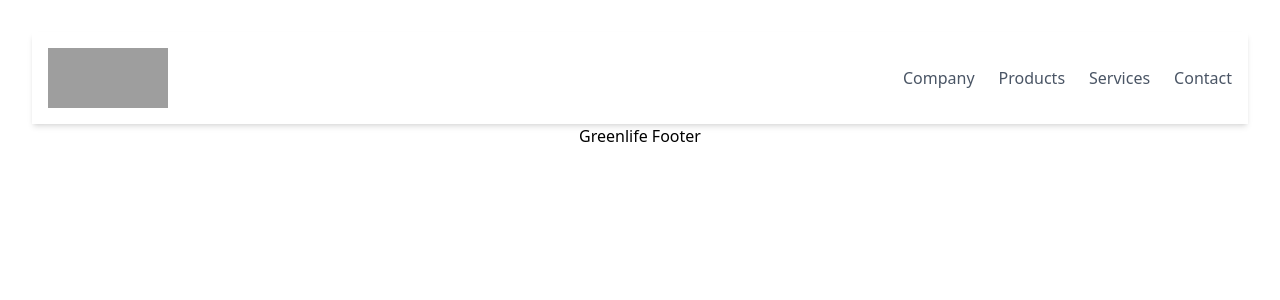
Repository: estevam02009/greenlife
Page: /
These files come from the project's save history. The page is drawn as it stood at one moment and after the next save; the edit follows.
The browser window is 1280 px wide. The pictures show the whole page.
Pictures or frames that could not be fetched are drawn as grey boxes. The project was rebuilt for these pictures with package versions that can differ from the ones it lists, and the page was loaded fresh each time. Also part of the build but not shown: vite.config.js.

Above is the page before, as saved 2025-07-23 09:42:19.

After the next save:
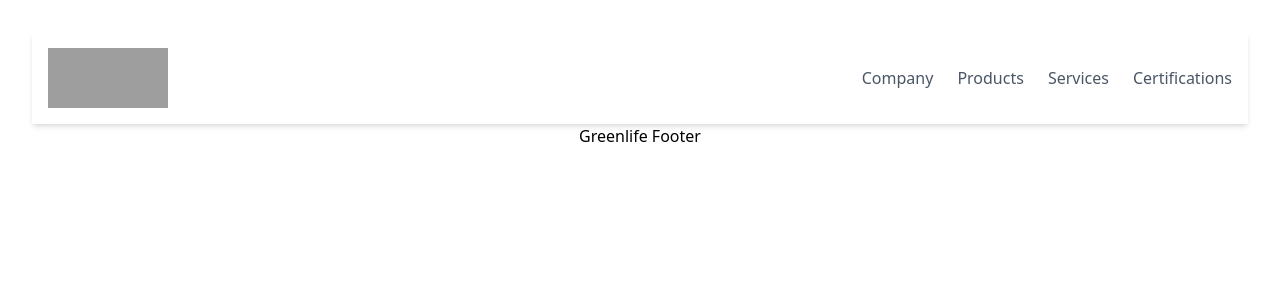
Saved 24 s later.
--- a/src/components/Navbar.jsx
+++ b/src/components/Navbar.jsx
@@ -20,8 +20,9 @@
                         <a href="#" className="text-gray-600 hover:text-blue-600 transition duration-300">Services</a>
                     </li>
                     <li>
-                        <a href="#" className="text-gray-600 hover:text-blue-600 transition duration-300">Contact</a>
+                        <a href="#" className="text-gray-600 hover:text-blue-600 transition duration-300">Certifications</a>
                     </li>
+
                 </ul>
             </div>
 
